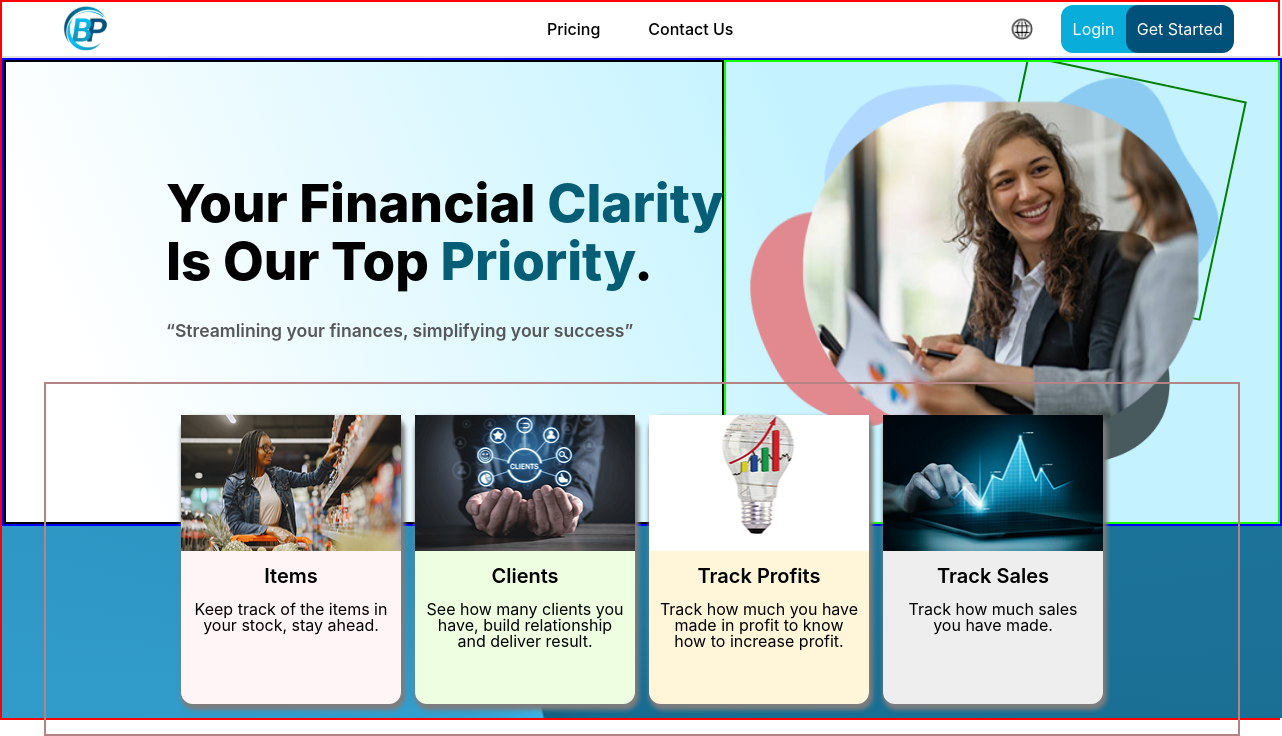
Repository: dark-txch/Bizpadi
Page: /
An editor plug-in stored every save of this project. The page is shown before and after the next save, followed by the edit.
The browser window is 1280 px wide. The page is 1282 px wide, so the pictures cover 1282 px, including what lies to the right of the window. The pictures show the whole page.
The project was rebuilt for these pictures with package versions that can differ from the ones it lists, and the page was loaded fresh each time. Also part of the build but not shown: vite.config.js, src/components/ErrorBoundary.jsx, src/components/LandingPage/PricingPage/Pricing.jsx, src/components/LandingPage/LogInPage/LogIn.jsx.

Above is the page before, as saved 2025-04-07 10:04:30.

### index.html
<!DOCTYPE html>
<html lang="en">
	<head>
		<meta charset="UTF-8" />
		<link rel="icon" type="image/svg+xml" href="/public/logo.svg" />
		<meta name="viewport" content="width=device-width, initial-scale=1.0" />
		<title>Bizpadi</title>
	</head>
	<body>
		<div id="root"></div>
		<script type="module" src="/src/main.jsx"></script>
	</body>
</html>

### src/index.css
:root {
	font-family: system-ui, Avenir, Helvetica, Arial, sans-serif;
	line-height: 1.5;
	font-weight: 400;

	color-scheme: light dark;
	color: black;
	background-color: white;

	font-synthesis: none;
	text-rendering: optimizeLegibility;
	-webkit-font-smoothing: antialiased;
	-moz-osx-font-smoothing: grayscale;
}

* {
	box-sizing: border-box;
	padding: 0;
	margin: 0;
	outline: none;
	border: none;
}

body {
	height: 100vh;
	width: 100vw;

	font-family: "inter", sans-serif;
}

a {
	text-decoration: none;
}

### src/App.jsx
import "./App.css";
import { BrowserRouter as Router, Routes, Route } from "react-router-dom";
import ErrorBoundary from "./components/ErrorBoundary";
// Upper imports are very important
import Nav from "./components/LandingPage/Nav";
import PricingPage from "./components/LandingPage/PricingPage/Pricing";
import LogInPage from "./components/LandingPage/LogInPage/LogIn";
import MidSection from "./components/LandingPage/MidSection";
import Footer from "./components/LandingPage/Footer";

function LandingPage() {
	return (
		<>
			<div className="landingPageContainer">
				<Nav />
				<MidSection />
				<Footer />
			</div>
		</>
	);
}

function App() {
	return (
		<Router>
			<Routes>
				<Route path="/" element={<LandingPage />} />
				<Route path="/pricing" element={<PricingPage />} />
				<Route path="/login" element={<LogInPage />} />
			</Routes>
		</Router>
	);
}

export default App;

### src/App.css
/*  LANDING PAGE/Main container */

@font-face {
	font-family: "MyCustomFont";
	src: url("/fonts/Inter/Inter-Italic-VariableFont_opsz,wght.ttf")
			format("truetype"),
		url("/fonts/Inter/Inter-VariableFont_opsz,wght.ttf") format("truetype");
	font-weight: normal;
	font-style: normal;
}
/* ------------------------------------------------------------------------------- */
/* THIS IS THE LANDING PAGE CONTAINER */
.landingPageContainer {
	width: 100vw;
	height: 100vh;
	font-family: "Inter", sans-serif;
	display: grid;
	/* grid-template-rows: 3.5rem 2fr 1fr; */
	grid-template-rows: 3.5rem 1fr 12rem;

	border: 2px solid red;
}

/* ------------------------------------------------------------------------------------ */
/*  THIS IS THE NAV CONTAINER */
.homepage-nav {
	width: 100%;
	display: flex;
	padding: 0 3rem 0;
	font-size: 1rem;
	align-items: center;
	justify-content: space-between;
	border-bottom: 2px solid #e1dfdf;
}
/*  THIS IS THE NAV CONTAINER CHILDREN */
.homepage-nav .logo {
	/* THIS IS THE LOGO CONTAINER */
	display: flex;
	flex: 1;
	align-self: center;
	height: inherit;
}
.homepage-nav .logo img {
	/* THIS IS THE LOGO IMG */
	height: 100%;
	width: auto;
}

.homepage-nav .pricingContact {
	/* THIS IS THE PRICING AND CONTACT US CONTAINER */
	display: flex;
	flex: 3;
	justify-content: center;
	gap: 3rem;
	font-weight: 500;
	line-height: 100%;
	letter-spacing: 0%;
}
.homepage-nav .pricingContact a {
	color: black;
	cursor: pointer;
}

.homepage-nav .loginGetStarted {
	/*THIS IS THE LOGIN AND GET STARTED CONTAINER*/
	height: 3rem;
	display: flex;
	flex: 1;
	justify-content: end;
	align-items: center;
	gap: 0.7rem;
	color: white;
	border-radius: 12px;
}
.homepage-nav .loginGetStarted img {
	/* THIS IS THE LOGIN AND GET STARTED IMAGE */
	height: 1.5rem;
	transform: translate(1rem, 0);
}
.homepage-nav .loginGetStarted a:nth-of-type(1) {
	/* THIS IS THE LOGIN BUTTON */
	background-color: #09adda;
	color: inherit;
	height: inherit;
	border-radius: inherit;
	display: flex;
	align-items: center;
	padding: 0 2rem 0 0.7rem;
	transform: translate(2rem, 0);
}

.homepage-nav .loginGetStarted a:nth-of-type(2) {
	/* THIS IS THE GET STARTED BUTTON*/
	background-color: #00517a;
	display: flex;
	align-items: center;
	white-space: nowrap;
	color: inherit;
	height: inherit;
	border-radius: inherit;
	padding: 0 0.7rem;
	position: relative;
	z-index: 2;
}

/* MIDSECTION -------------------------------------------------------------------------------*/
/* THIS IS THE MIDSECTION THAT HOUSES THE HEADER AND PARAGRAPH */
.midSection {
	display: flex;
	justify-content: center;
	/* align-items: center; */
	width: 100%;
	background: linear-gradient(246.72deg, #c4f3ff 34.96%, #ffffff 90.24%);

	border: 2px solid rgb(0, 0, 255);
}
.landingPageMotto {
	/* THIS IS THE CONTAINER FOR THE HEADER AND PARAGRAPH */
	padding: 3rem;
	/* max-width: 40rem; */
	max-width: 45rem;
	width: 100%;
	flex: 0 0 auto;
	white-space: nowrap;
	/* transform: translate(8rem, 0); */

	border: 2px solid black;
}
.landingPageMotto > h1 {
	font-weight: 800;
	font-size: 3.3rem;
	line-height: 110%;
	text-transform: capitalize;
	margin: 4rem 7rem 2rem;
}
.landingPageMotto > h1 span {
	color: #065d76;
}
.landingPageMotto > p {
	font-weight: 600;
	font-size: 1.1rem;
	line-height: 100%;
	letter-spacing: 0%;
	margin-left: 7rem;
	color: #575757;
}

.landingPageImages {
	/* THIS IS THE LANDING PAGE IMAGES CONTAINER*/
	flex: 1; /* grow to take remaining space */
	height: 100%;
	display: flex;
	justify-content: center;
	align-items: center;
	/* padding: 3rem; */
	overflow: hidden;
	position: relative; /* so children can be absolutely positioned */

	border: 2px solid rgb(17, 255, 0);
}

.landingPageImages > img {
	/* border: 2px solid green; */
	position: absolute;
	margin-top: -3rem;
}

.landingPageImages > img:nth-of-type(1) {
	/* MAIN SMILEY IMAGE */
	border-radius: 150px;
	width: 25rem;
	z-index: 100;
	/* border: 2px solid green; */
}

.landingPageImages > img:nth-of-type(2) {
	/* THIS IS THE BLACK VECTOR */
	width: 175.07px;
	height: 184.4px;
	transform: translate(5rem, 6.5rem);

	/* border: 2px solid green; */
}

.landingPageImages > img:nth-of-type(3) {
	/* EGG ROUND LIGHT BLUE VECTOR */
	width: 12.6rem;
	height: 11rem;
	opacity: 0.63;
	transform: translate(-4.8rem, -6rem);

	/* border: 2px solid green; */
}

.landingPageImages > img:nth-of-type(4) {
	/* DARK ORANGE VECTOR*/
	/* height: 153px; */
	height: 14rem;
	width: 152px;
	transform: translate(-10.5rem, 3.3rem) rotate(-15deg);

	/* border: 2px solid green; */
}

.landingPageImages > img:nth-of-type(5) {
	/* BLUE VECTOR TOP RIGHT*/
	width: 14rem;
	height: 14rem;
	transform: translate(7rem, -5rem) rotate(12deg);

	border: 2px solid green;
}

/* FOOTER---------------------------------------------------------------------------------------------- */
/* This is the footer section/container that houses the feature container */
.footer {
	width: 100vw;
	display: flex;
	justify-content: center;
	/* flex: 1; */
	background: conic-gradient(
		from 164.13deg at 41.58% 79.97%,
		#115e80 0deg,
		#3db3e6 3.6deg,
		#115e80 360deg
	);
}

.footer > section {
	width: 1196px;
	height: 354px;
	display: flex;
	justify-content: center;
	align-items: center;
	gap: 14px;
	position: absolute;
	/* top: 400px; */
	transform: translate(0, -9rem);
	z-index: 999;

	border: 2px solid rgb(180, 132, 132);
}

/* This is the container that houses all the features in the footer */
.featuresContainer {
	width: 220px;
	height: 289px;
	border-radius: 12px;
	text-align: center;
	letter-spacing: 0%;
	box-shadow: 2px 4px 4px 2px #7d7d7d;
}

.featuresContainer h1 {
	font-weight: 600;
	font-size: 20px;
	line-height: 100%;
	margin-bottom: 15px;
}

.featuresContainer p {
	font-weight: 400;
	font-size: 16px;
	line-height: 100%;
	padding: 0 10px 0;
}

/* This is the general image container for the featuresContainer */
.imageContainer {
	height: 136px;
	width: 100%;
	margin-bottom: 15px;
}

/* General styling for the images in the imageContainer */
.imageContainer img {
	width: 100%;
	height: 100%;
}

/* Added colors to the backgrounds of the footer featuresContainer individually */
.items {
	background-color: #fff5f6;
}
.clients {
	background-color: #eeffe1;
}
.trackProfits {
	background-color: #fff6da;
}
.trackSales {
	background-color: #eeeeee;
}

### src/components/LandingPage/Nav.jsx
import { Link } from "react-router-dom";

export default function Nav() {
	return (
		<>
			{/* THIS IS THE NAV CONTAINER */}
			<nav className="homepage-nav">
				{/* THIS IS THE LOGO CONTAINER */}
				<div className="logo">
					<img src="/assets/icons/logo.svg" alt="Bizpadi icon" />
				</div>

				{/* THIS IS THE PRICING AND CONTACT US CONTAINER */}
				<div className="pricingContact">
					<Link to="/pricing">Pricing</Link>
					<a href="#">Contact Us</a>
				</div>

				{/* THIS IS THE LOGIN AND GET STARTED CONTAINER*/}
				<div className="loginGetStarted">
					<img src="/assets/icons/world.png" alt="world" />
					<Link to="/login">Login</Link>
					<a href="#">Get Started</a>
				</div>
			</nav>
		</>
	);
}

### src/components/LandingPage/MidSection.jsx
export default function MidSection() {
	return (
		<section className="midSection">
			<div className="landingPageMotto">
				<h1>
					Your financial{" "}
					<span>
						clarity <br />
					</span>
					is our top <span>priority</span>.
				</h1>
				<p>“Streamlining your finances, simplifying your success”</p>
			</div>

			{/* This is the images section in the mid section */}
			<div className="landingPageImages">
				<img src="/assets/images/smiley.png" alt="smiley" />
				<img src="/assets/images/Vector-black.png" alt="vector-black" />
				<img src="/assets/images/Vector-blue.png" alt="vector-blue" />
				<img src="/assets/images/Vector-orange.png" alt="vector-orange" />
				<img src="/assets/images/Vector.png" alt="vector" />
			</div>
		</section>
	);
}

### src/components/LandingPage/Footer.jsx
export default function Footer() {
	return (
		<div className="footer">
			{/* The section container is the parent to the features */}
			<section>
				<div className="featuresContainer items">
					{/* The feautureOntainer class is given to all the divs housing the features */}
					<div className="imageContainer">
						<img src="/public/assets/images/client-1.png" alt="client-1" />
					</div>
					<h1>Items</h1>
					<p>Keep track of the items in your stock, stay ahead.</p>
				</div>

				<div className="featuresContainer clients">
					<div className="imageContainer">
						<img src="/public/assets/images/client-2.png" alt="client-2" />
					</div>
					<h1>Clients</h1>
					<p>
						See how many clients you have, build relationship and deliver
						result.
					</p>
				</div>

				<div className="featuresContainer trackProfits">
					<div className="imageContainer">
						<img
							src="/public/assets/images/track-profit.png"
							alt="track-profit"
						/>
					</div>
					<h1>Track Profits</h1>
					<p>
						Track how much you have made in profit to know how to increase
						profit.
					</p>
				</div>

				<div className="featuresContainer trackSales">
					<div className="imageContainer">
						<img
							src="../../../public/assets/images/track-sales.png"
							alt="track-sales"
						/>
					</div>
					<h1>Track Sales</h1>
					<p>Track how much sales you have made.</p>
				</div>
			</section>
		</div>
	);
}

Loaded but not shown: src/main.jsx (common file)

After the next save:
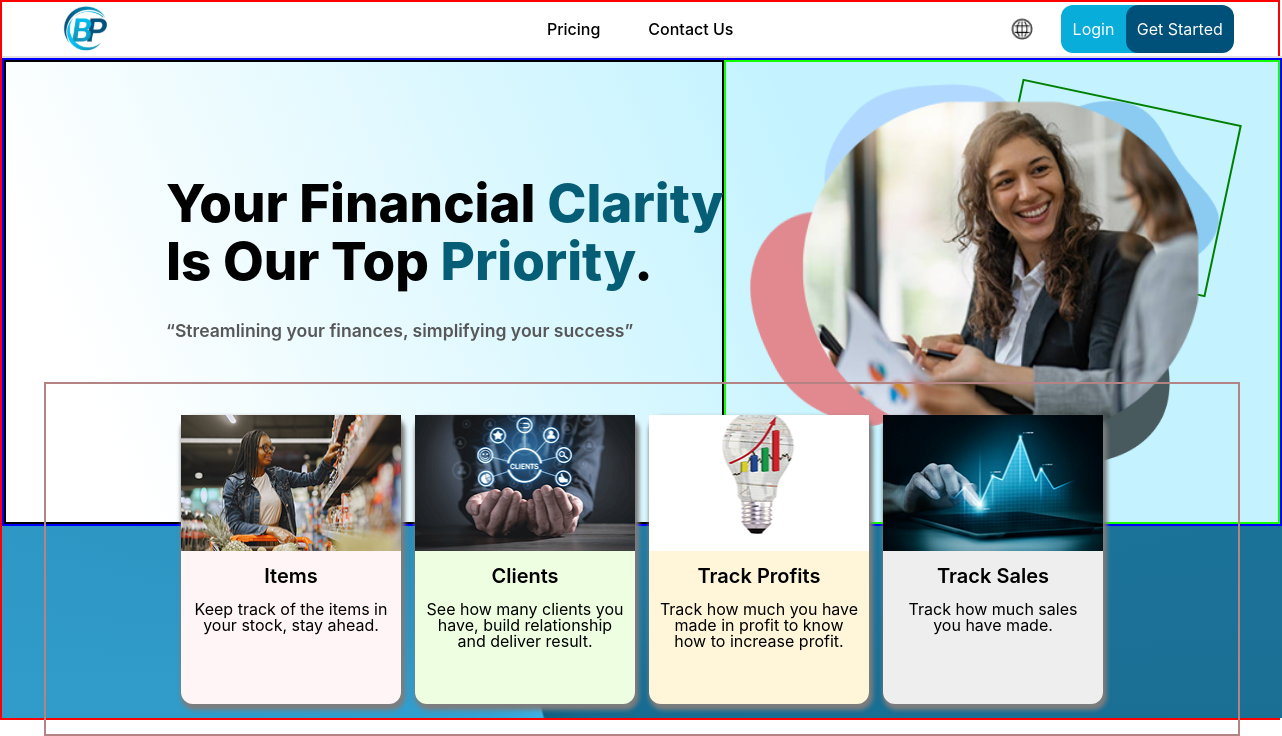
Saved 5 s later.
--- a/src/App.css
+++ b/src/App.css
@@ -205,7 +205,7 @@
 .landingPageImages > img:nth-of-type(5) {
 	/* BLUE VECTOR TOP RIGHT*/
 	width: 14rem;
-	height: 14rem;
+	height: 11rem;
 	transform: translate(7rem, -5rem) rotate(12deg);
 
 	border: 2px solid green;
